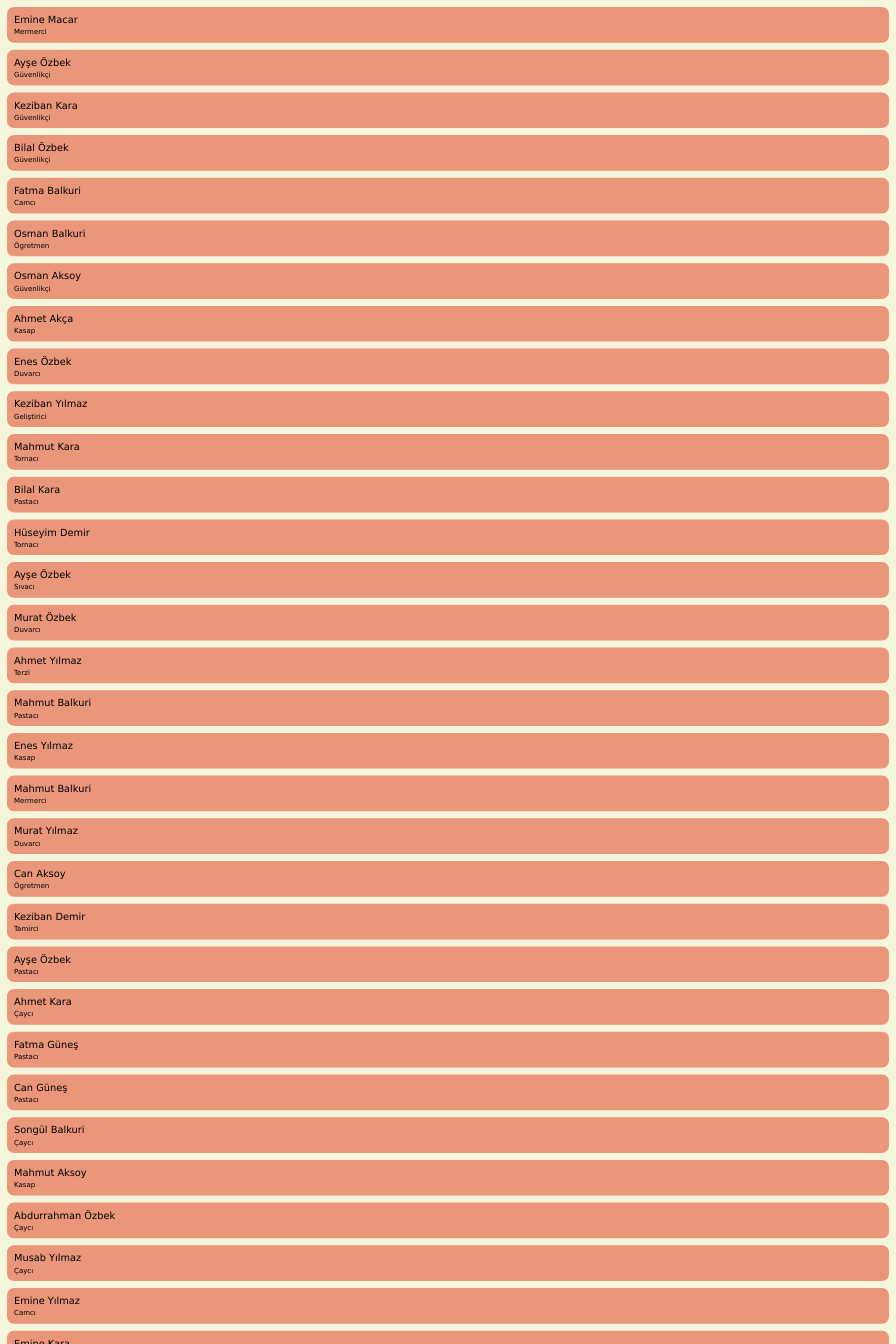
Repository: Sonvatan/S-f-rdan-geli-tirici-olmak-hafta-6
Page: İndex.html
An editor plug-in stored every save of this project. The page is shown before and after the next save, followed by the edit.
The browser window is 1280 px wide. The pictures show the part of the page from y = 0 to 1920 px (the page is 4758 px tall), at 70% of full size.

Above is the page before, as saved 2024-02-02 00:02:55.

After the next save:
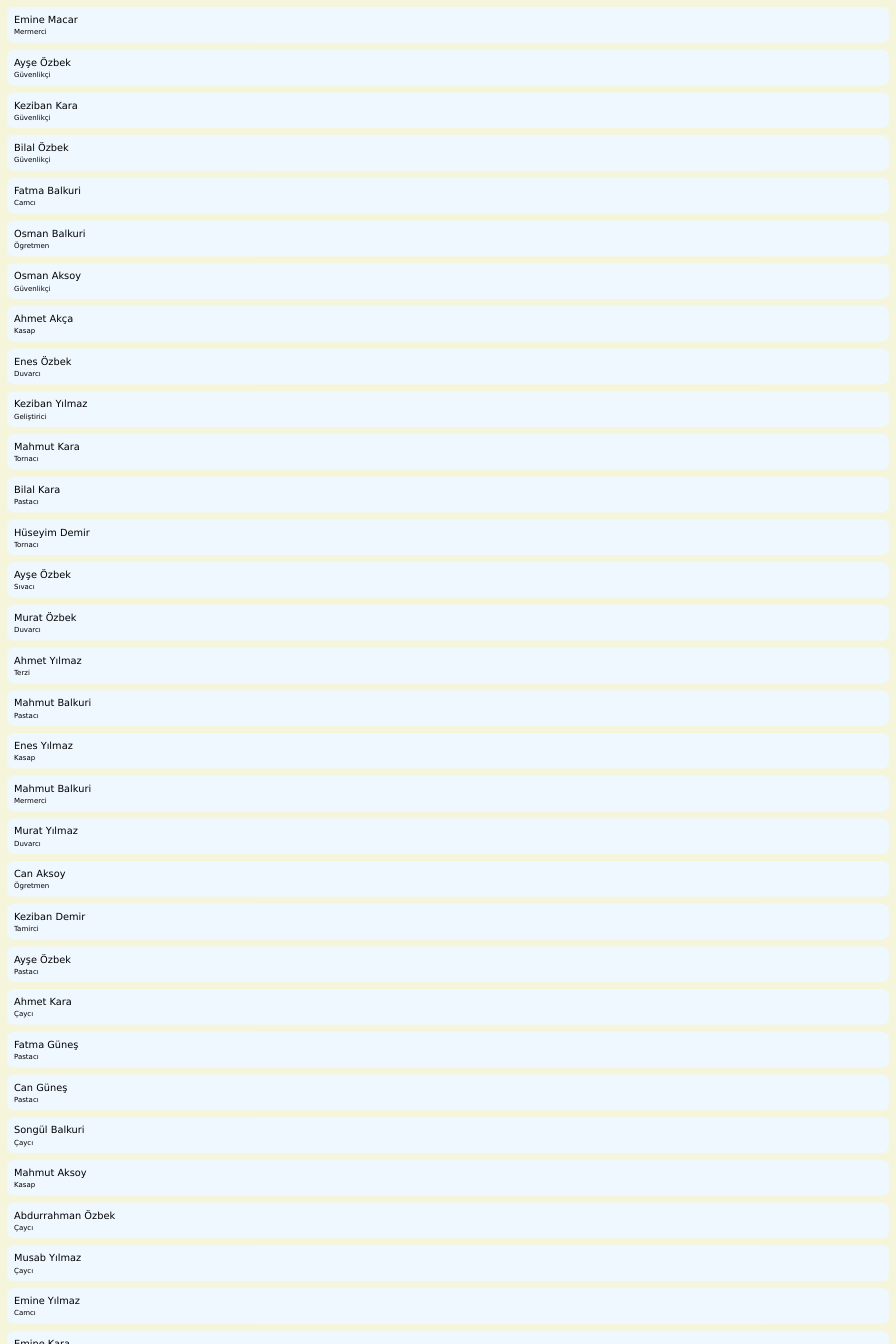
Saved 22 s later.
--- a/İndex.html
+++ b/İndex.html
@@ -13,7 +13,7 @@
                 width: 100%;
             }
             .person {
-               background-color: darksalmon;
+               background-color: aliceblue;
                 flex-direction: column;
                 border-radius: 10px;
                 user-select: none;
